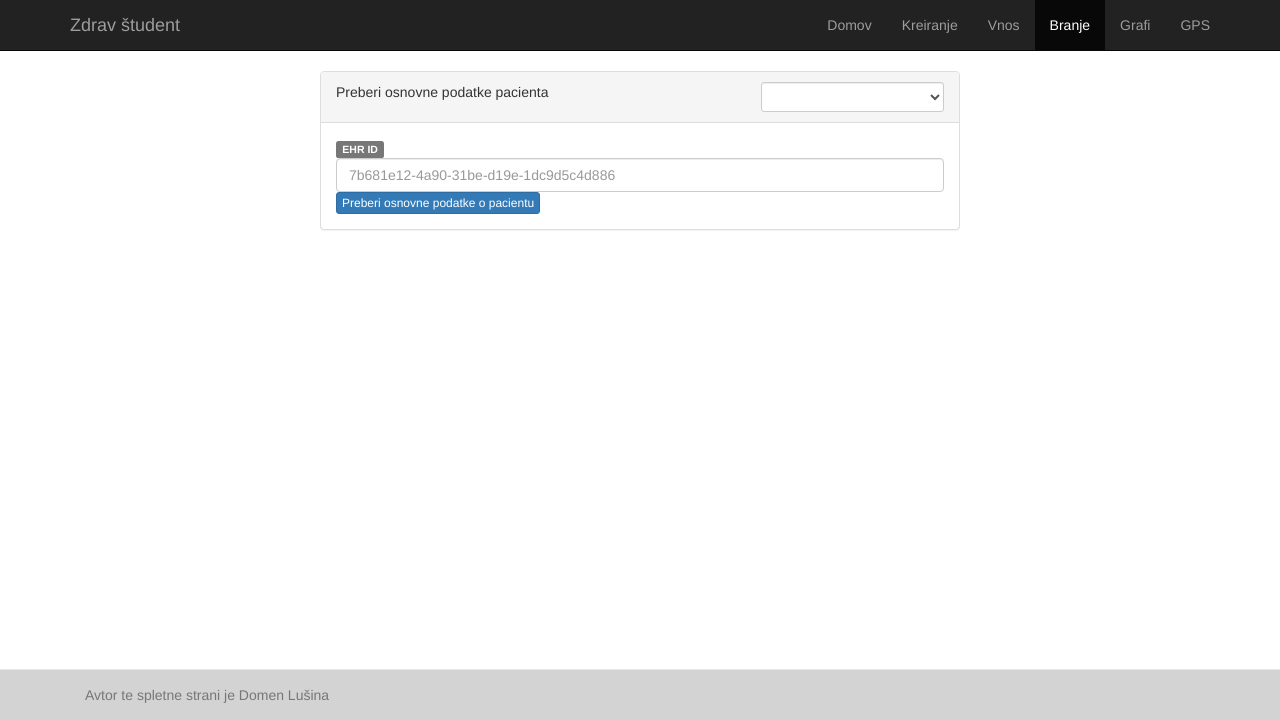
Repository: dl4184/ois-dn4
Page: branje.html
The author's editor kept a record of every edit. The page is drawn from the files as they stood at one moment, then again after the next edit.
The browser window is 1280 px wide. The pictures show the whole page.
Some web libraries are served in a nearby version.

Above is the page before.
Not found: css/styles.css

After the next edit:
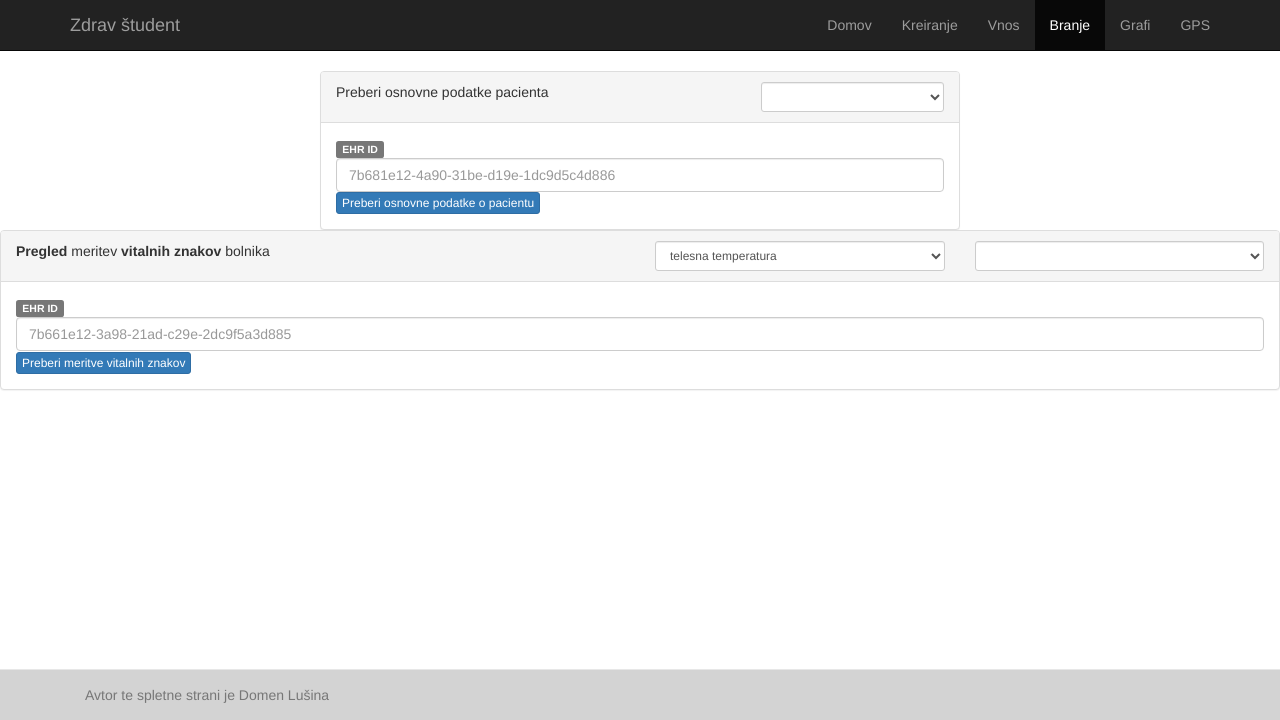
The edit:
--- a/branje.html
+++ b/branje.html
@@ -54,6 +54,21 @@
                             </div>
                         </div>
 
+                        <div class="panel panel-default">
+					<div class="panel-heading">
+						<div class="row">
+							<div class="col-lg-6 col-md-6 col-sm-6"><b>Pregled</b> meritev <b>vitalnih znakov</b> bolnika</div>
+							<div class="col-lg-3 col-md-3 col-sm-3"><select class="form-control input-sm" id="preberiTipZaVitalneZnake"><option value="telesna temperatura">telesna temperatura</option><option value="telesna temperatura AQL">telesna temperatura (filter na podhladitev)</option><option value="telesna teža">telesna teža</option></select></div>
+							<div class="col-lg-3 col-md-3 col-sm-3"><select class="form-control input-sm" id="preberiEhrIdZaVitalneZnake"><option value=""></option><option value="b931580f-2b05-488b-985b-8d9ffb08ad02">Ata Smrk</option><option value="d564c6a3-5a43-4fcc-bfa7-9ac76e9673bd">Pujsa Pepa</option></select></div>
+						</div>
+					</div>
+					<div class="panel-body">
+						<span class="label label-default">EHR ID</span><input id="meritveVitalnihZnakovEHRid" type="text" class="form-control input-mini" placeholder="7b661e12-3a98-21ad-c29e-2dc9f5a3d885">
+						<button type="button" class="btn btn-primary btn-xs" onclick="preberiMeritveVitalnihZnakov('telesna temperatura')">Preberi meritve vitalnih znakov</button><span id="preberiMeritveVitalnihZnakovSporocilo"></span>
+						<div id="rezultatMeritveVitalnihZnakov"></div>
+				  	</div>
+				</div>
+
 
 					 <div class = "navbar navbar-default navbar-fixed-bottom" style="background-color:lightgray">
 
